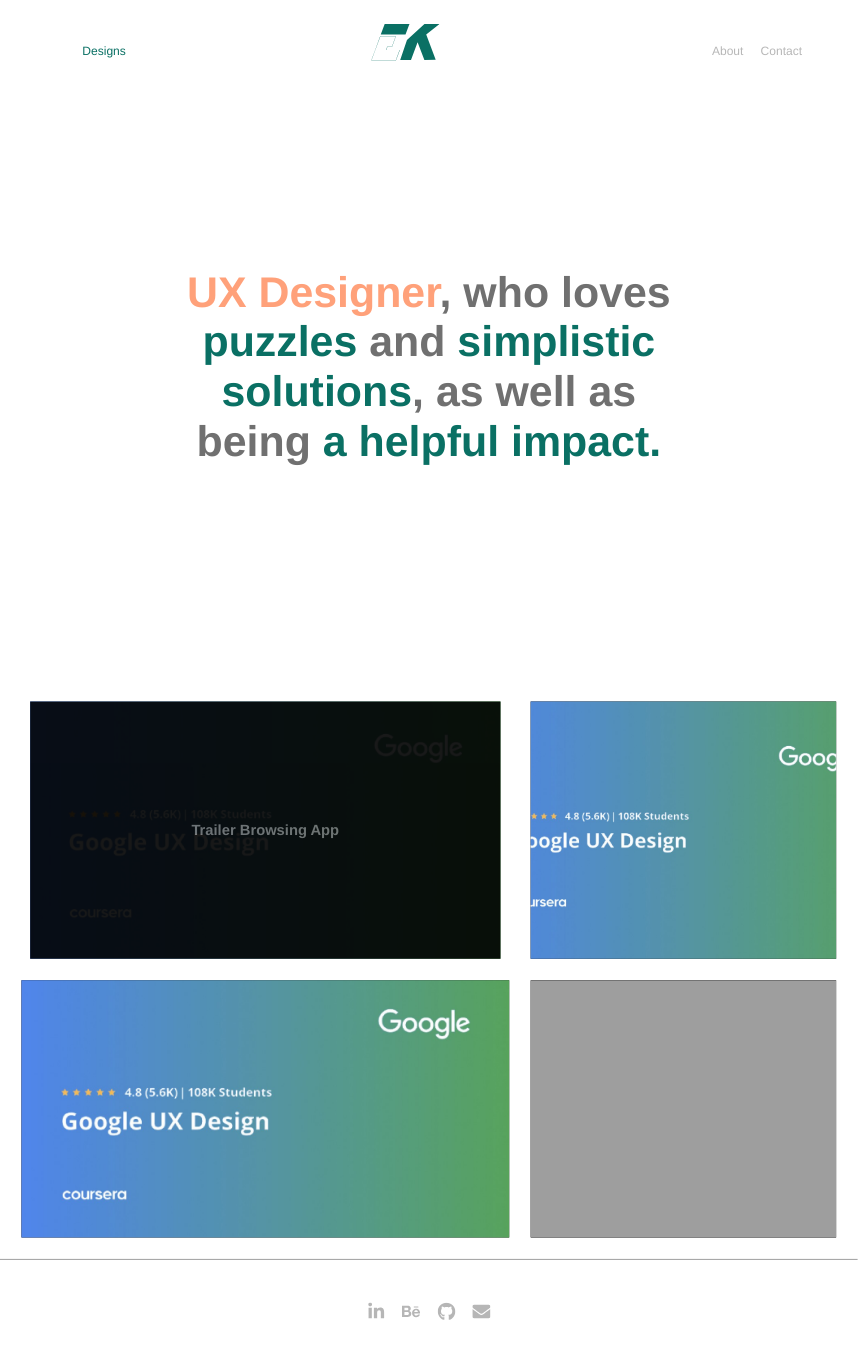
Repository: Kudom-E/Kudom-E.github.io
Page: /#/designs
These files come from the project's save history. The page is drawn as it stood at one moment and after the next save; the edit follows.
The browser window is 1280 px wide. The pictures show the whole page, at 67% of full size.
Pictures or frames that could not be fetched are drawn as grey boxes. The project was rebuilt for these pictures with package versions that can differ from the ones it lists, and the page was loaded fresh each time. Also part of the build but not shown: next.config.js, src/Pages/Splash/Splash.js, src/Pages/About/About.js, src/Pages/Contact/Contact.js, src/Pages/Project/Project.js, src/App.css.

Above is the page before, as saved 2022-03-31 22:37:05.

### public/index.html
<!DOCTYPE html>
<html lang="en">
  <head>
    <meta charset="utf-8" />
    <link rel="icon" href="%PUBLIC_URL%/favicon.ico" />
    <meta name="viewport" content="width=device-width, initial-scale=1" />
    <meta name="theme-color" content="#000000" />
    <meta
      name="description"
      content="Web site created using create-react-app"
    />
    <link rel="apple-touch-icon" href="%PUBLIC_URL%/logo192.png" />
    <!--
      manifest.json provides metadata used when your web app is installed on a
      user's mobile device or desktop. See https://developers.google.com/web/fundamentals/web-app-manifest/
    -->
    <link rel="manifest" href="%PUBLIC_URL%/manifest.json" />
    <!--
      Notice the use of %PUBLIC_URL% in the tags above.
      It will be replaced with the URL of the `public` folder during the build.
      Only files inside the `public` folder can be referenced from the HTML.

      Unlike "/favicon.ico" or "favicon.ico", "%PUBLIC_URL%/favicon.ico" will
      work correctly both with client-side routing and a non-root public URL.
      Learn how to configure a non-root public URL by running `npm run build`.
    -->
    <title>React App</title>
    <script type="text/javascript">
      // Single Page Apps for GitHub Pages
      // MIT License
      // https://github.com/rafgraph/spa-github-pages
      // This script checks to see if a redirect is present in the query string,
      // converts it back into the correct url and adds it to the
      // browser's history using window.history.replaceState(...),
      // which won't cause the browser to attempt to load the new url.
      // When the single page app is loaded further down in this file,
      // the correct url will be waiting in the browser's history for
      // the single page app to route accordingly.
      (function(l) {
        if (l.search[1] === '/' ) {
          var decoded = l.search.slice(1).split('&').map(function(s) {
            return s.replace(/~and~/g, '&')
          }).join('?');
          window.history.replaceState(null, null,
              l.pathname.slice(0, -1) + decoded + l.hash
          );
        }
      }(window.location))
    </script>
  </head>
  <body>
    <noscript>You need to enable JavaScript to run this app.</noscript>
    <div id="root"></div>
    <!--
      This HTML file is a template.
      If you open it directly in the browser, you will see an empty page.

      You can add webfonts, meta tags, or analytics to this file.
      The build step will place the bundled scripts into the <body> tag.

      To begin the development, run `npm start` or `yarn start`.
      To create a production bundle, use `npm run build` or `yarn build`.
    -->
  </body>
</html>

### src/index.css
body {
  margin: 0;
  font-family: 'Franklin Gothic Medium', 'Arial Narrow', Arial, sans-serif;
  -webkit-font-smoothing: antialiased;
  -moz-osx-font-smoothing: grayscale;
}

code {
  font-family: source-code-pro, Menlo, Monaco, Consolas, 'Courier New',
    monospace;
}

:root {
  --primary-color: #0A7064;
  --secondary-color: #FFA17A;
  --accent-color: #707070;
  --dark: #000000;
  --bright: #ffffff;
}

h1, h3, h4, a, p {
  color: var(--accent-color);
}

.details h1 {
  font-size: 5rem;
  color: var(--bright);
}

h1 {
  font-size: 4rem;
}

a {
  font-size: 1.125rem;
  opacity: 0.5;
  text-decoration: none;
  margin: 0 1vw;
}


ul a:hover {
  color: var(--primary-color);
  opacity: 1;
}

h2 {
  font-size: 2rem;
  color: var(--accent-color)
}

h3 {
  font-size: 1.375rem;
  margin: 0 1vw;
}

p {
  font-size: 1rem;
  margin: 0;
}

### src/App.js
import { BrowserRouter as Router, Route, HashRouter} from 'react-router-dom';
import { Routes } from "./Routes";
import './App.css';

function App() {
  return (
    <HashRouter>
    <div>
      {Routes.map((route, index) => {
        return (
          <Route
            key={index}
            path={route.path}
            exact={route.exact}
            component={ (props => {
              return (
                <route.layout {...props} splash={route.splash}>
                  <route.component {...props}/>
                </route.layout>
              );
            })}
          />
        );
      })}
    </div>
  </HashRouter>
  );
}

export default App;

### src/Routes.js
import Layout from "./Layout/Layout";
import Home from "./Pages/Home/Home";
import Splash from "./Pages/Splash/Splash";
import About from "./Pages/About/About"
import Contact from "./Pages/Contact/Contact"
import Project from "./Pages/Project/Project";

export const Routes = [
    {
        path: "/",
        exact: true,
        layout: Layout,
        component: Splash,
        splash: true
    },
    {
        path: "/designs",
        exact: true,
        layout: Layout,
        component: Home
    },
    {
        path: "/about",
        layout: Layout,
        component: About
    },
    {
        path: "/contact",
        layout: Layout,
        component: Contact
    },
    {
        path: "/trailer-browsing-project",
        layout: Layout,
        component: Project
    }
]

### src/Layout/Layout.js
import React from 'react'
import Footer from './Footer';
import Header from './Header'


const Layout = (props) => (
    <div style={{height: "100vh"}}>
        {!props.splash && <Header/>}
        {props.children}
        {!props.splash && <Footer/>}
    </div>
);
export default Layout;

### src/Pages/Home/Home.js
import React, { Component } from 'react'

class Home extends Component {
  render() {
    return (
      <div className='home'>
          <h1>
              <strong>UX Designer</strong>, who loves <b>puzzles </b>
                and <b> simplistic solutions</b>, as well as being
                <b> a helpful impact.</b>
            </h1>
            <div className='grid-container'>
                <a href="/#/trailer-browsing-project" className=' coursera'>
                  <div className='grid-item c-back'>
                    <h3>Trailer Browsing App</h3>
                  </div>
                </a>
                <div className='grid-item coursera'/>
                <div className='grid-item coursera'/>
                <div className='grid-item kace'/>
            </div>
      </div>
    )
  }
}
export default Home;

### src/Layout/Footer.js
import React from 'react'
import * as IconF from 'react-icons/fa'

function Footer() {
  return (
    <footer>
        <div>
            <a href='https://www.linkedin.com/in/emmanuel-kudom-agyemang-b93a4117a/'><IconF.FaLinkedinIn className='f-icon'/></a>
            <a href='https://www.behance.net/emmanuelk1'><IconF.FaBehance className='f-icon'/></a>
            <a href='https://github.com/Kudom-E'><IconF.FaGithub className='f-icon'/></a>
            <a href='mailto:emmanuekudomagyemang@gmail.com'><IconF.FaEnvelope className='f-icon'/></a>
        </div>
    </footer>
  )
}

export default Footer

### src/Layout/Header.js
import React from 'react'
import "./Layout.css"
import Logo from '../Logo.svg'
import { NavLink, withRouter } from 'react-router-dom'


function Header() {
  return (
    <header>
        <nav>
            <ul>
                <NavLink to="/designs" activeStyle={{color: "#0A7064", opacity: "1"}}>Designs</NavLink>
            </ul>
        </nav>
        <div className='logo-container'>
            <a href="/">
                <img className="logo" src={Logo} alt="logo"/>
            </a>
        </div>
        <nav>
            <ul>
                <NavLink to='/about' activeStyle={{color: "#0A7064", opacity: "1"}}>About</NavLink>
                <NavLink to='/contact' activeStyle={{color: "#0A7064", opacity: "1"}}>Contact</NavLink>
            </ul>
        </nav>
    </header>
  )
}

export default withRouter(Header);

### src/Pages/Pages.css
.splash {
    background-image: url("../Images/pexels-cottonbro-4069291.jpg");
    filter: blur(10px);
    height: 100%;
    background-position: center;
    background-size: cover;
    position: relative;
}
.cover {
    background: var(--accent-color);
    opacity: 0.4;
    position: absolute;
    top: 0;
    left: 0;
    height: 100%;
    width: 100%;
}
.details {
    position: absolute;
    z-index: 1000;
    width: 100%;
    text-align: center;
    top: 30vh;
}

.links {
    margin: 4rem;
    display: flex;
    justify-content: center;
}

.links a {
color: var(--primary-color);
}
.links p {
    color: var(--primary-color);
    margin-top: -5px;
}
strong {
    color: var(--secondary-color);
}
b {
    color: var(--primary-color);
}

.home h1, .project h1 {
    text-align: center;
    padding: 4em 4em 0;
}
.project h1 {
    padding: 2em 4em 0;
    margin-bottom: 0;
}


.intro {
    text-align: center;
    padding: 6em 6em 0
}
.sub-intro {
    text-align: center;
    padding: 2em 0 0;
}
.sub {
    opacity: 0.5;
    text-align: center;
    margin: 1em 0 0 0;
}

.goals {
    background-color: var(--accent-color);
    padding: 5em;
    justify-content: center;
    flex-direction: row;
}
.goals div {
    margin: 0 5vw;
}
.goals p {
    color: var(--bright);
    width: 30vw;
}
.goals h2 {
    color: var(--bright);
}

.grid-container {
    display: grid;
    grid-template-columns: auto auto;
    margin: 20em 0 0 0;
    padding: 2em;
    gap: 2em;
}

.grid-item {
    text-align: center;
    width: 100%;
    height: 30vw;
    margin: 0;
    background-color: #000000;
    display: flex;
    align-items: center;
    justify-content: center;
}
.c-back {
    opacity: .9;
}
.coursera {
    background-image: url("../Images/coursera.png");
    background-size: cover;
    background-position: center;
    background-repeat: no-repeat;
    opacity: 1;
}

.kace {
    background-image: url("../Images/kace.jpg");
    background-size: cover;
    background-position: center;
    background-repeat: no-repeat;
}
section {
    margin: 5rem 0  0 0;
    display: flex;
    flex-direction: column;
    align-items: center;
}
.top {
    margin: 0;
}

section h3 {
    margin: 3rem 0 0 0;
}
section .mid {
    width: 60vw;
}

.goal-card, .problem-card {
    padding: 4rem;
    text-align: center;
}
.goal-card {
    background-color: var(--secondary-color);
}

.goal-card h2, .problem-card h2 {
    color: var(--bright);
}
.card {
    margin: 2rem 0 2rem 0;
}
.problem-card {
    background-color: var(--primary-color);
    width: 65vw;
}
.idea-card {
    display: flex;
}
.finish {
    margin: 6rem 0 0 0;
}
.display {
    background-color: #F5F5F5;
    height: 40vw;
}
.finish-line {
    background-image: url("../Images//finish.jpg");
    background-size: cover;
    background-position: center;
    background-repeat: no-repeat;
    height: 30vw;
    width: 100%;
    display: flex;
    justify-content: center;
    align-items: center;
}
.dark-cover {
    background: var(--dark);
    opacity: 0.8;
    height: 100%;
    width: 100%;
}
.display {
    display: flex;
    justify-content: center;
    padding: 4rem 0;
    width: 100%;
}
section a {
    width: 100%;
}
.map-card {
    margin-bottom: -4rem;
}
.finish-text {
    position: absolute;
    text-align: center;
    width: 100%;
}
.finish-text h2, .finish-text p {
    color: var(--bright);
}

### src/Layout/Layout.css
header {
    height: 50px;
    background-color: #ffffff;
    margin: 50px 0 0 0;
    padding: 0 70px;
    display: flex;
    justify-content: space-between;
}
.logo-container a {
    opacity: 1;
}

.logo {
    width: 8vw;
    height: 8vw;
    margin: -3vw 0 0 0;
  }
footer {
    border-top: .1rem solid var(--accent-color);
    display: flex;
    align-items: center;
    justify-content: center;
    padding: 4rem 5rem;
}
.f-icon {
    font-size: 1.5em;
}
footer a:hover {
    opacity: 1;
}

Loaded but not shown: src/index.js (common file); src/reportWebVitals.js (common file)

After the next save:
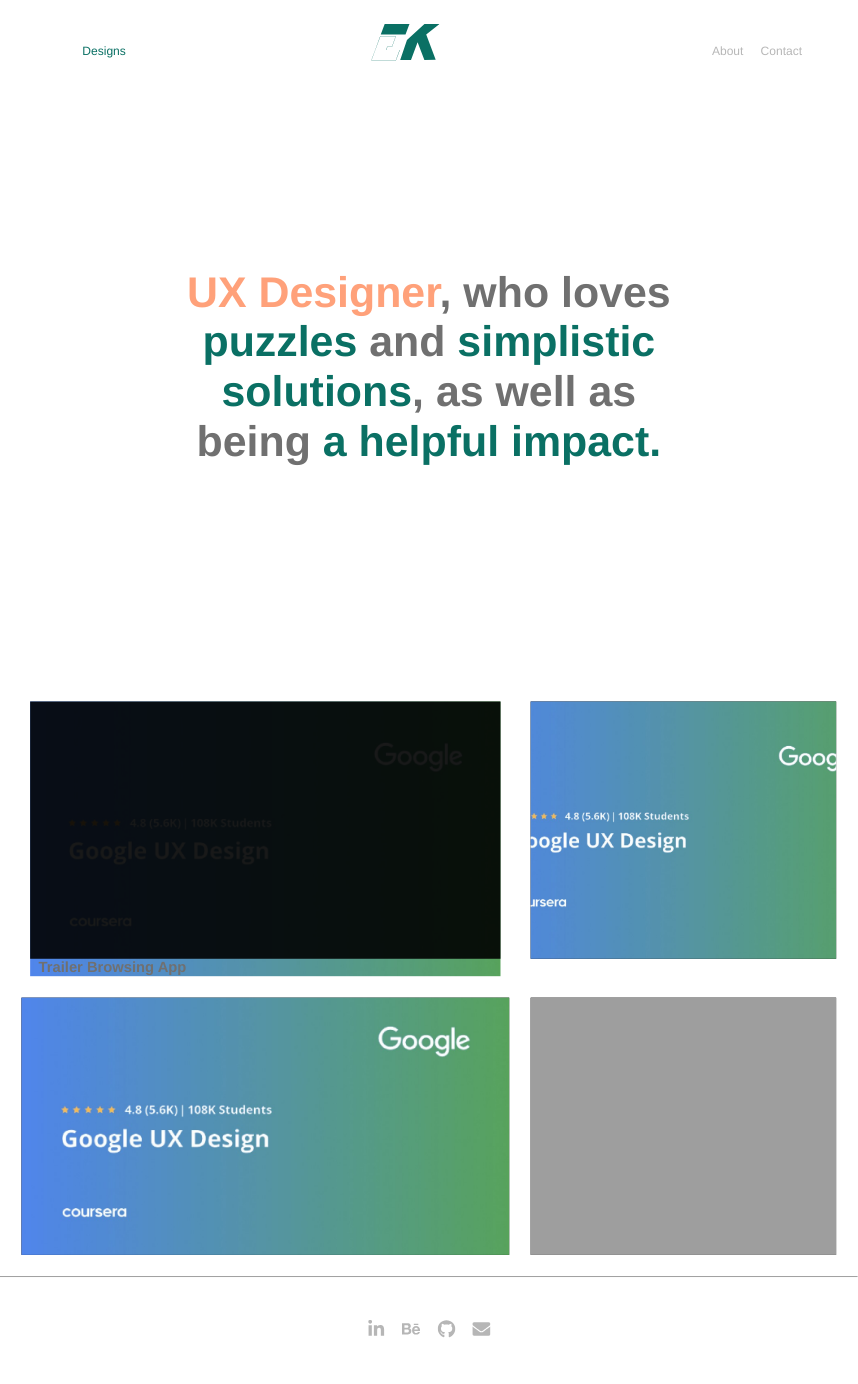
Saved 52 s later.
--- a/src/Pages/Home/Home.js
+++ b/src/Pages/Home/Home.js
@@ -11,9 +11,8 @@
             </h1>
             <div className='grid-container'>
                 <a href="/#/trailer-browsing-project" className=' coursera'>
-                  <div className='grid-item c-back'>
-                    <h3>Trailer Browsing App</h3>
-                  </div>
+                  <div className='grid-item c-back'/>
+                  <h3>Trailer Browsing App</h3>
                 </a>
                 <div className='grid-item coursera'/>
                 <div className='grid-item coursera'/>

After the save that followed:
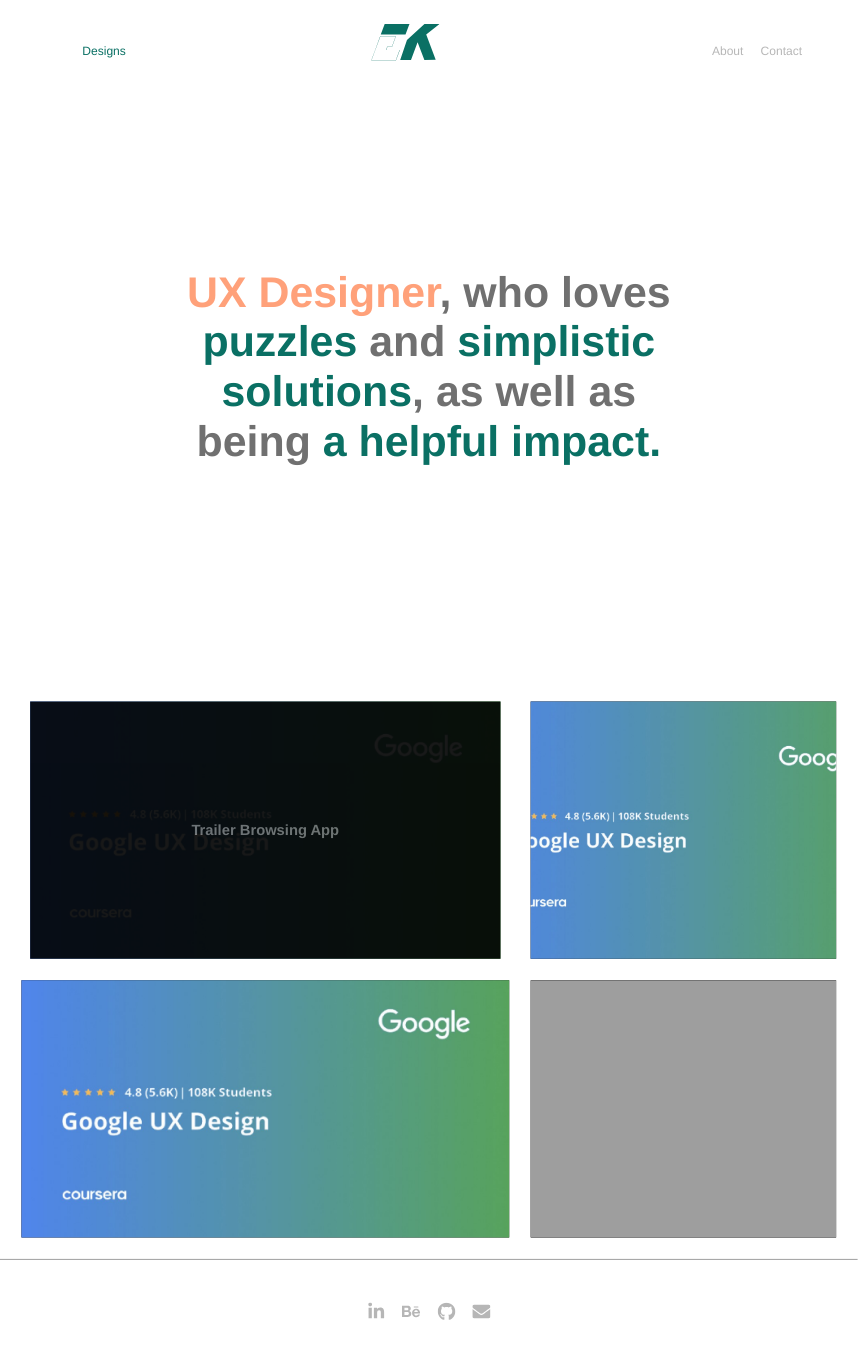
Saved 24 s later.
--- a/src/Pages/Home/Home.js
+++ b/src/Pages/Home/Home.js
@@ -11,8 +11,9 @@
             </h1>
             <div className='grid-container'>
                 <a href="/#/trailer-browsing-project" className=' coursera'>
-                  <div className='grid-item c-back'/>
-                  <h3>Trailer Browsing App</h3>
+                  <div className='grid-item c-back'>
+                    <h3>Trailer Browsing App</h3>
+                  </div>
                 </a>
                 <div className='grid-item coursera'/>
                 <div className='grid-item coursera'/>
